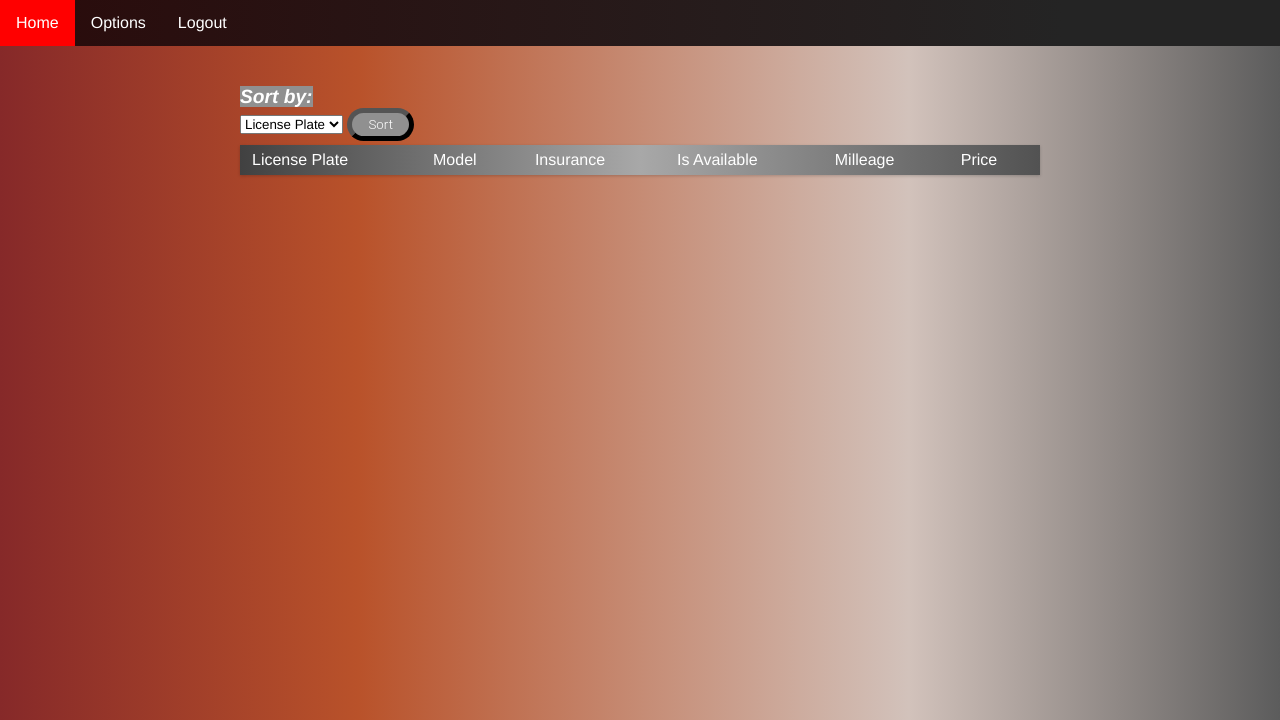
Repository: kensevv/nevexisDemos
Page: http://localhost/Car_Rental_Management_System/VehicleList.jsp
The author's editor kept a copy of each file at every save. The page is drawn from the files as they stood at one save, then again after the next save.
The browser window is 1280 px wide. The pictures show the whole page.
The page is served by Tomcat 9. Nobody is signed in. The application's start-up code is not run. Other server files are loaded and not shown. The template is opened directly, without the code that normally fills it, so the values that code supplies are empty.

Above is the page before, as saved 2021-03-25 23:19:56.

### Car_Rental_Management_System/src/main/webapp/VehicleList.jsp

<%@ page language="java" contentType="text/html; charset=UTF-8"
	pageEncoding="UTF-8"%>
<%@ taglib uri="http://java.sun.com/jsp/jstl/core" prefix="c"%>

<!DOCTYPE html>
<html>
<head>
<meta charset="ISO-8859-1">
<title>Vehicle List</title>
</head>
<body>
	<div class="navbar">
		<a href="home.jsp">Home</a>
		<div class="dropdown">
			<button class="dropbtn">
				Options <i class="fa fa-caret-down"></i>
			</button>
			<div class="dropdown-content">
				<a href="list">List All Vehicles</a> <a href="VehicleForm.jsp">Add
					new Vehicle</a> <a href="removeForm">Remove Vehicle</a> <a href="edit">Modify
					Vehicle</a>
			</div>
		</div>
		<a href="login.jsp">Logout</a>
	</div>
	<div class="wrapper">
		<label for="orderBy" id="modifyTitle">Sort by:</label>
		<form method="get" action="list">
			<select name="orderBy" id="car">
				<option value="licPlate">License Plate</option>
				<option value="model">Model</option>
				<option value="insurance">Insurance</option>
				<option value="isAvailable">Is available</option>
				<option value="milleage">Milleage</option>
				<option value="price">Price</option>
			</select>
			<button type="submit" class="button">Sort</button>
		</form>

	<div class="table">

		<div class="row header">
			<div class="cell">License Plate</div>
			<div class="cell">Model</div>
			<div class="cell">Insurance</div>
			<div class="cell">Is Available</div>
			<div class="cell">Milleage</div>
			<div class="cell">Price</div>
		</div>
		<c:forEach var="vehicle" items="${listVehicle}">
			<div class="row">
				<div class="cell" data-title="licPlate">
					<c:out value="${vehicle.licPlate}" />
				</div>
				<div class="cell" data-title="Model">
					<c:out value="${vehicle.model}" />
				</div>
				<div class="cell" data-title="Insurance">
					<c:out value="${vehicle.insurance}" />
				</div>
				<div class="cell" data-title="Is Available">
					<c:out value="${vehicle.isAvailable}" />
				</div>
				<div class="cell" data-title="Milleage">
					<c:out value="${vehicle.milleage}" />
				</div>
				<div class="cell" data-title="Price">
					<c:out value="${vehicle.price}" />
				</div>
			</div>
		</c:forEach>
		</div>
	</div>
</body>
<style><%@include file="css/style.css"%></style>
</html>

### Car_Rental_Management_System/src/main/webapp/css/style.css
@charset "UTF-8";

body, html, div#root {height: 100%; }

body {
    font-size: 16px;
    margin: 0;
    background: rgb(134,41,41);
background: linear-gradient(90deg, rgba(134,41,41,1) 0%, rgba(185,82,42,1) 28%, rgba(210,194,187,1) 71%, rgba(92,92,92,1) 100%);
}

* {
    font-family: Helvetica, sans-serif;
}

div#root {
    display: flex;
    flex-direction: column;
}

main {
    height: 100%;
   background: rgb(134,41,41);
background: linear-gradient(90deg, rgba(134,41,41,1) 0%, rgba(185,82,42,1) 28%, rgba(210,194,187,1) 71%, rgba(92,92,92,1) 100%);
}

header {
    display: flex;
    justify-content: space-between;
    align-items: center;

    padding-left: 5%;
    padding-right: 5%;

    height: 9%;
  }

main {
    display: flex;
    justify-content: center;
    align-content: flex-start;
    flex-wrap: wrap;
}

main{
    padding: 7px;
}

.button {
	display: inline-block;
	padding: 0.3em 1.2em;
	margin: 0 0.3em 0.3em 0;
	border-radius: 2em;
	box-sizing: border-box;
	text-decoration: none;
	font-family: 'Roboto', sans-serif;
	font-weight: 300;
	color: 	white;
	background-color: 	rgb(144,144,144);
	text-align: center;
	transition: all 0.2s;
	border-width: thick;
}

.header {
	color: white;
}

.navbar {
	overflow: hidden;
	background: rgb(42,11,11);
background: linear-gradient(90deg, rgba(42,11,11,1) 0%, rgba(36,36,36,1) 83%);
}

.navbar a {
	float: left;
	font-size: 16px;
	color: white;
	text-align: center;
	padding: 14px 16px;
	text-decoration: none;
}

.dropdown {
	float: left;
	overflow: hidden;
}

.dropdown .dropbtn {
	font-size: 16px;
	border: none;
	outline: none;
	color: white;
	padding: 14px 16px;
	background-color: inherit;
	font-family: inherit;
	margin: 0;
}

.navbar a:hover, .dropdown:hover .dropbtn {
	background-color: red;
}

.dropdown-content {
	display: none;
	position: absolute;
	background-color: #f9f9f9;
	min-width: 160px;
	box-shadow: 0px 8px 16px 0px rgba(0, 0, 0, 0.2);
	z-index: 1;
}

.dropdown-content a {
	float: none;
	color: black;
	padding: 12px 16px;
	text-decoration: none;
	display: block;
	text-align: left;
}

.dropdown-content a:hover {
	background-color: #ddd;
}

.dropdown:hover .dropdown-content {
	display: block;
}

.box {
	position: absolute;
	top: 50%;
	left: 50%;
	transform: translate(-50%, -50%);
}

.box select {
	background-color: rgb(80,80,80);
	color: white;
	padding: 12px;
	width: 250px;
	border: none;
	font-size: 20px;
	box-shadow: 0 5px 25px rgba(0, 0, 0, 0.2);
	-webkit-appearance: button;
	appearance: button;
	outline: none;
}

.box select option {
	padding: 30px;
	background-color: rgb(190,190,190);
}

.wrapper {
	margin: 0 auto;
	padding: 40px;
	max-width: 800px;
}
.table {
	margin: 0 0 40px 0;
	width: 100%;
	box-shadow: 0 1px 3px rgba(0, 0, 0, 0.2);
	display: table;
}

.row {
	display: table-row;
	background: rgb(65,65,65);
background: linear-gradient(90deg, rgba(65,65,65,1) 0%, rgba(168,168,168,1) 50%, rgba(82,82,82,1) 100%);
}


.cell {
	display: none;
	margin-bottom: 10px;
	padding: 6px 12px;
	display: table-cell;
}

.modify {
	display: flex;
    flex-direction: column;
}

#modifyTitle {
	color: white;
    font-size: larger;
    font-weight: bold;
    font-style: italic;
    background-color: 	rgb(144,144,144);
}

After the next save:
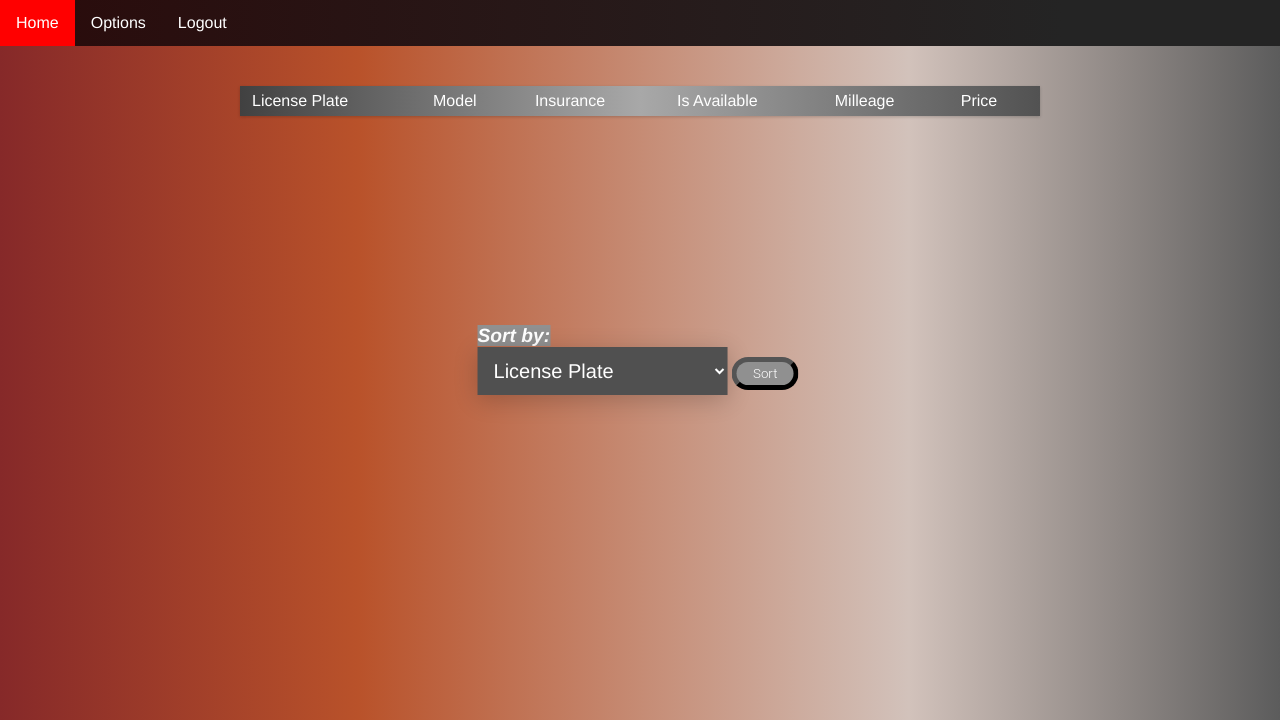
Saved 65 s later.
--- a/Car_Rental_Management_System/src/main/webapp/VehicleList.jsp
+++ b/Car_Rental_Management_System/src/main/webapp/VehicleList.jsp
@@ -25,6 +25,7 @@
 		<a href="login.jsp">Logout</a>
 	</div>
 	<div class="wrapper">
+	<div class="box">
 		<label for="orderBy" id="modifyTitle">Sort by:</label>
 		<form method="get" action="list">
 			<select name="orderBy" id="car">
@@ -36,7 +37,7 @@
 				<option value="price">Price</option>
 			</select>
 			<button type="submit" class="button">Sort</button>
-		</form>
+		</form></div>
 
 	<div class="table">
 

After the save that followed:
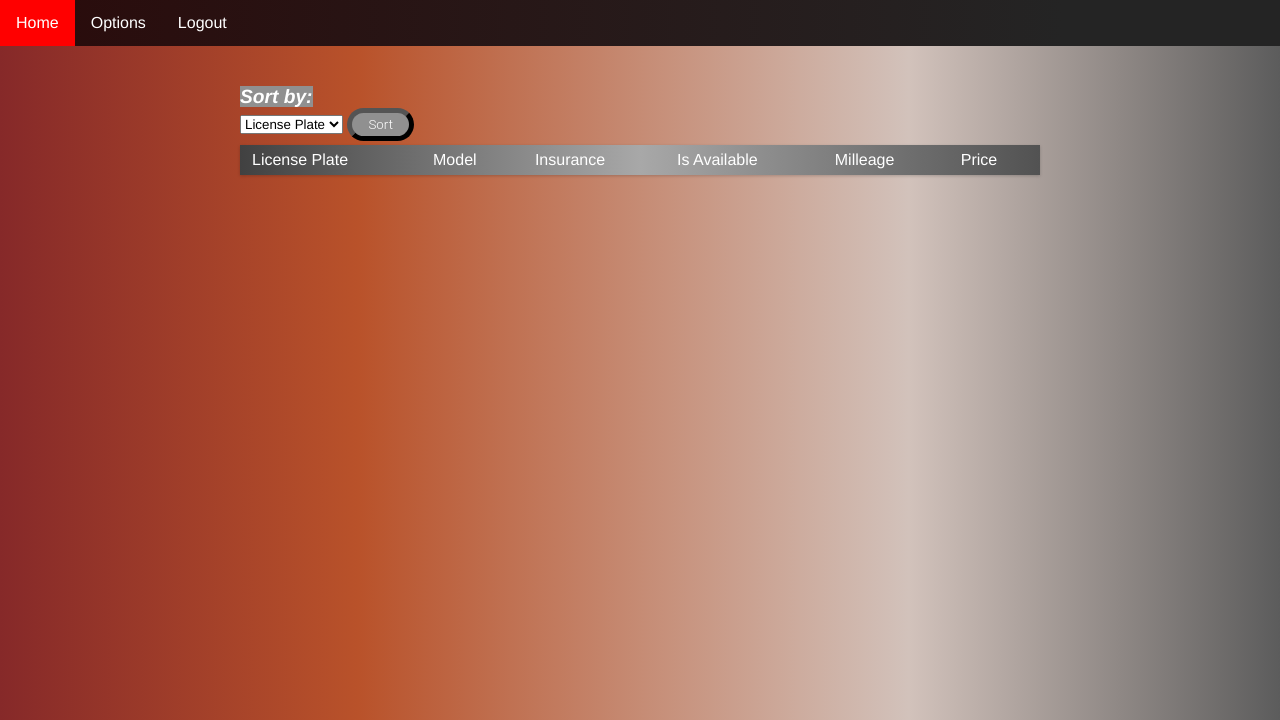
Saved 5 min 49 s later.
--- a/Car_Rental_Management_System/src/main/webapp/VehicleList.jsp
+++ b/Car_Rental_Management_System/src/main/webapp/VehicleList.jsp
@@ -25,7 +25,6 @@
 		<a href="login.jsp">Logout</a>
 	</div>
 	<div class="wrapper">
-	<div class="box">
 		<label for="orderBy" id="modifyTitle">Sort by:</label>
 		<form method="get" action="list">
 			<select name="orderBy" id="car">
@@ -37,7 +36,7 @@
 				<option value="price">Price</option>
 			</select>
 			<button type="submit" class="button">Sort</button>
-		</form></div>
+		</form>
 
 	<div class="table">
 
